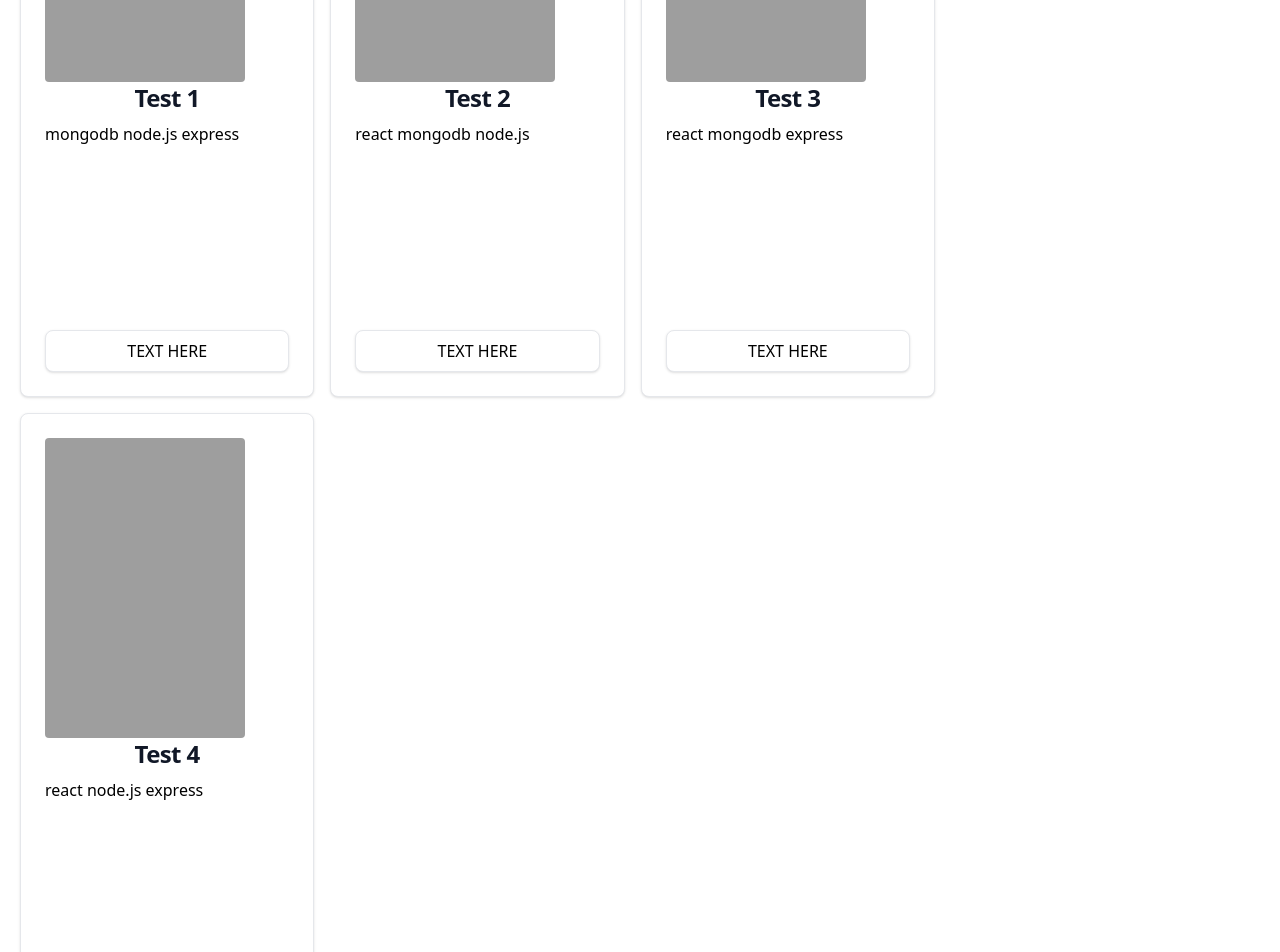
Repository: JetPi/Presentatio-Project
Page: /about/certificates
An editor plug-in stored every save of this project. The page is shown before and after the next save, followed by the edit.
The browser window is 1280 px wide. The pictures show the part of the page from y = 375 to 1327 px (the page is 1428 px tall before and 1268 px after).
Pictures or frames that could not be fetched are drawn as grey boxes. The project was rebuilt for these pictures with package versions that can differ from the ones it lists, and the page was loaded fresh each time. The framework's server and built-in components were replaced by stand-ins that run in the browser. Also part of the build but not shown: next.config.js.

Above is the page before, as saved 2023-04-02 23:01:35.

### src/pages/_app.tsx
import "@/styles/globals.css";
import type { AppProps } from "next/app";
import { NavBar } from "@/components/NavBar";

const navList = [
  { text: "Home", href: "/" },
  { text: "About Me", href: "/about/me" },
  { text: "Certificates", href: "/about/certificates" },
  { text: "Contact Info", href: "/about/socials" },
];

export default function App({ Component, pageProps }: AppProps) {
  return (
    <>
      <NavBar navList={navList} />
      <Component {...pageProps} />
    </>
  );
}

### src/pages/about/certificates.tsx
import { Card, CardTitle, CardButton } from "@/components/Card";
import CertificateList from "@/components/CertificateList";
import Image from "next/image";
import { Url } from "url";

const DUMMY_SKILL_LIST = [
  "react",
  "node.js",
  "mongoDB",
  "mongoose",
  "express",
  "css",
  "javascript",
  "python",
  "html",
];

const url: Url = {
  href: "/about/me",
  auth: null,
  hash: null,
  host: null,
  hostname: null,
  path: null,
  pathname: null,
  protocol: null,
  search: null,
  slashes: null,
  port: null,
  query: null,
};

const DUMMY_TEST = [
  {
    name: "Test 1",
    source: "Source 1",
    description: "TEXT HERE",
    image: "https://picsum.photos/200/300",
    skills: ["mongoDB", "Node.js", "Express"],
    url,
  },
  {
    name: "Test 2",
    source: "Source 2",
    description: "TEXT HERE",
    image: "https://picsum.photos/200/300",
    skills: ["react", "mongoDB", "Node.js"],
    url,
  },
  {
    name: "Test 3",
    description: "TEXT HERE",
    source: "Source 3",
    image: "https://picsum.photos/200/300",
    skills: ["react", "mongoDB", "Express"],
    url,
  },
  {
    name: "Test 4",
    source: "Source 4",
    description: "TEXT HERE",
    image: "https://picsum.photos/200/300",
    skills: ["react", "Node.js", "Express"],
    url,
  },
];

export default function Certificate() {
  return (
    <div>
      <h1 className="flex justify-center text-xl font-bold">
        Mis Certificados
      </h1>
      <CertificateList itemList={DUMMY_TEST} skillList={DUMMY_SKILL_LIST} />
    </div>
  );
}

### src/styles/globals.css
@tailwind base;
@tailwind components;
@tailwind utilities;

:root {
  --max-width: 1100px;
  --border-radius: 12px;
  --font-mono: ui-monospace, Menlo, Monaco, "Cascadia Mono", "Segoe UI Mono",
    "Roboto Mono", "Oxygen Mono", "Ubuntu Monospace", "Source Code Pro",
    "Fira Mono", "Droid Sans Mono", "Courier New", monospace;

  --foreground-rgb: 0, 0, 0;
  --background-start-rgb: 214, 219, 220;
  --background-end-rgb: 255, 255, 255;

  --primary-glow: conic-gradient(
    from 180deg at 50% 50%,
    #16abff33 0deg,
    #0885ff33 55deg,
    #54d6ff33 120deg,
    #0071ff33 160deg,
    transparent 360deg
  );
  --secondary-glow: radial-gradient(
    rgba(255, 255, 255, 1),
    rgba(255, 255, 255, 0)
  );

  --tile-start-rgb: 239, 245, 249;
  --tile-end-rgb: 228, 232, 233;
  --tile-border: conic-gradient(
    #00000080,
    #00000040,
    #00000030,
    #00000020,
    #00000010,
    #00000010,
    #00000080
  );

  --callout-rgb: 238, 240, 241;
  --callout-border-rgb: 172, 175, 176;
  --card-rgb: 180, 185, 188;
  --card-border-rgb: 131, 134, 135;
}

@media (prefers-color-scheme: dark) {
  :root {
    --foreground-rgb: 255, 255, 255;
    --background-start-rgb: 0, 0, 0;
    --background-end-rgb: 0, 0, 0;

    --primary-glow: radial-gradient(rgba(1, 65, 255, 0.4), rgba(1, 65, 255, 0));
    --secondary-glow: linear-gradient(
      to bottom right,
      rgba(1, 65, 255, 0),
      rgba(1, 65, 255, 0),
      rgba(1, 65, 255, 0.3)
    );

    --tile-start-rgb: 2, 13, 46;
    --tile-end-rgb: 2, 5, 19;
    --tile-border: conic-gradient(
      #ffffff80,
      #ffffff40,
      #ffffff30,
      #ffffff20,
      #ffffff10,
      #ffffff10,
      #ffffff80
    );

    --callout-rgb: 20, 20, 20;
    --callout-border-rgb: 108, 108, 108;
    --card-rgb: 100, 100, 100;
    --card-border-rgb: 200, 200, 200;
  }
}

* {
  box-sizing: border-box;
  padding: 0;
  margin: 0;
}

html,
body {
  max-width: 100vw;
  overflow-x: hidden;
}

body {
  color: rgb(var(--foreground-rgb));
}

a {
  color: inherit;
  text-decoration: none;
}

@media (prefers-color-scheme: dark) {
  html {
    color-scheme: dark;
  }
}

### src/components/NavBar.tsx
import Image from "next/image";
import Link from "next/link";
import { ReactNode } from "react";
type NavData = {
  href: string;
  text: string;
};

interface Props {
  children?: ReactNode | string;
  href?: string;
  navList?: Array<NavData>;
}

function NavItem({ children, href }: Props) {
  return (
    <li>
      <Link
        href={{ pathname: href }}
        className="block py-2 pl-3 pr-4 text-gray-900 rounded hover:bg-gray-100 md:hover:bg-transparent md:border-0 md:hover:text-blue-700 md:p-0 dark:text-white md:dark:hover:text-blue-500 dark:hover:bg-gray-700 dark:hover:text-white md:dark:hover:bg-transparent"
      >
        {children}
      </Link>
    </li>
  );
}

export function NavBar({ navList }: Props) {
  return (
    <nav className="bg-white border-gray-200 dark:bg-gray-900">
      <div className="flex flex-wrap items-center justify-between max-w-screen-xl p-4 mx-auto">
        <span className="self-center text-2xl font-semibold whitespace-nowrap dark:text-white">
          Ibrahim Zárraga
        </span>
        <button
          data-collapse-toggle="navbar-default"
          type="button"
          className="inline-flex items-center p-2 ml-3 text-sm text-gray-500 rounded-lg md:hidden hover:bg-gray-100 focus:outline-none focus:ring-2 focus:ring-gray-200 dark:text-gray-400 dark:hover:bg-gray-700 dark:focus:ring-gray-600"
          aria-controls="navbar-default"
          aria-expanded="false"
        >
          <span className="sr-only">Open main menu</span>
          <svg
            className="w-6 h-6"
            aria-hidden="true"
            fill="currentColor"
            viewBox="0 0 20 20"
            xmlns="http://www.w3.org/2000/svg"
          >
            <path
              fillRule="evenodd"
              d="M3 5a1 1 0 011-1h12a1 1 0 110 2H4a1 1 0 01-1-1zM3 10a1 1 0 011-1h12a1 1 0 110 2H4a1 1 0 01-1-1zM3 15a1 1 0 011-1h12a1 1 0 110 2H4a1 1 0 01-1-1z"
              clipRule="evenodd"
            ></path>
          </svg>
        </button>
        <div className="hidden w-full md:block md:w-auto" id="navbar-default">
          <ul className="flex flex-col p-4 mt-4 font-medium border border-gray-100 rounded-lg md:p-0 bg-gray-50 md:flex-row md:space-x-8 md:mt-0 md:border-0 md:bg-white dark:bg-gray-800 md:dark:bg-gray-900 dark:border-gray-700">
            {navList?.map((item) => {
              return (
                <NavItem href={item.href} key={Math.random()}>
                  {item.text}
                </NavItem>
              );
            })}
          </ul>
        </div>
      </div>
    </nav>
  );
}

### src/components/CertificateList.tsx
import React, { MouseEventHandler, useEffect, useState } from "react";
import { Url } from "url";
import { Card, CardButton, CardTitle } from "./Card";
import Image from "next/image";

interface Props {
  itemList: Array<{
    name: string;
    image: string;
    description: string;
    skills: Array<string>;
    url: Url;
  }>;
  skillList: Array<string>;
}

interface buttonProps {
  skill: string;
  onClickHandler: MouseEventHandler;
}

function CertificateButton({ skill, onClickHandler }: buttonProps) {
  return (
    <button
      className="px-2 py-1 m-1 font-semibold bg-green-200 border-green-800 rounded"
      onClick={onClickHandler}
    >
      {skill}
    </button>
  );
}

export default function CertificateList({ itemList, skillList }: Props) {
  const initialList = itemList.map((item) => {
    return {
      ...item,
      skills: item.skills.map((skill) => {
        return skill.toLowerCase();
      }),
    };
  });
  const [list, setList] = useState(initialList);

  function skillRemover(skill: string) {
    let tempList = initialList.filter((item) => {
      return item.skills.includes(skill);
    });
    setList(tempList);
  }

  return (
    <div className="flex flex-row">
      <div className="grid w-3/4 grid-cols-3 gap-4 mx-5 mt-10">
        {list?.map((item) => {
          return (
            <Card key={item.name} styling="flex flex-col">
              <Image
                className="flex justify-center rounded w-fit"
                src={item.image}
                width={150}
                height={150}
                alt={item.name}
              />
              <CardTitle>{item.name}</CardTitle>
              <div className="w-full h-52">
                {item.skills.map((skill) => {
                  return skill + " ";
                })}
              </div>
              <CardButton href={item.url} styling="w-full">
                {item.description}
              </CardButton>
            </Card>
          );
        })}
      </div>
      <div className="w-1/4 mt-10 ml-5">
        <ul className="flex flex-row flex-wrap">
          <CertificateButton
            skill={"all"}
            onClickHandler={() => setList(initialList)}
          />
          {skillList?.map((item) => {
            return (
              <li key={item}>
                <CertificateButton
                  skill={item}
                  onClickHandler={() => {
                    skillRemover(item);
                  }}
                />
              </li>
            );
          })}
        </ul>
      </div>
    </div>
  );
}

### src/components/Card.tsx
import { redirect } from "next/dist/server/api-utils";
import Link from "next/link";
import { useRouter } from "next/router";
import { Url } from "url";
import React, { MouseEventHandler, ReactNode, useState } from "react";
interface Props {
  children?: ReactNode;
  styling?: string;
  href?: string;
}

interface ButtonProps {
  children?: ReactNode;
  styling?: string;
  href: Url;
}

export function Card({ styling, children }: Props) {
  return (
    <div
      className={`${
        styling ? styling : "flex justify-stretch"
      } p-6 bg-white border border-gray-200 rounded-lg shadow hover:bg-gray-100 dark:bg-gray-800 dark:border-gray-700 dark:hover:bg-gray-700`}
    >
      {children}
      <p className="font-normal text-gray-700 dark:text-gray-400"></p>
    </div>
  );
}

export function CardButton({ href, styling, children }: ButtonProps) {
  return (
    <Link
      className={`${
        styling ? styling : "w-32  "
      } p-2 text-center bg-white border border-gray-200 rounded-lg shadow hover:bg-gray-100 dark:bg-gray-800 dark:border-gray-700 dark:hover:bg-gray-700`}
      href={href.href}
    >
      {children}
    </Link>
  );
}

export function CardTitle({ children }: Props) {
  return (
    <h5 className="mb-2 text-2xl font-bold tracking-tight text-center text-gray-900 dark:text-white">
      {children}
    </h5>
  );
}

Loaded but not shown: src/pages/_document.tsx (common file); tailwind.config.js (common file)

After the next save:
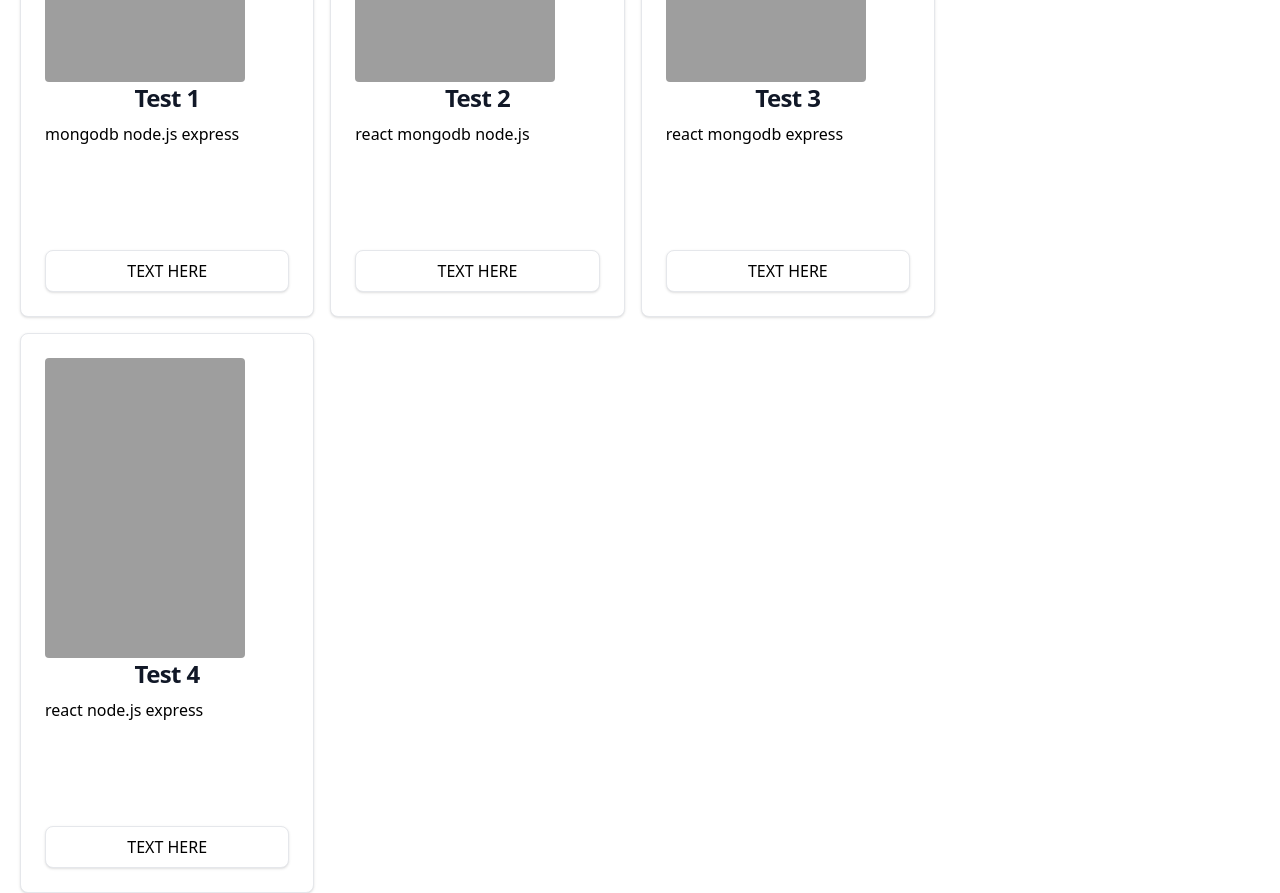
Saved 10 s later.
--- a/src/components/CertificateList.tsx
+++ b/src/components/CertificateList.tsx
@@ -62,7 +62,7 @@ export default function CertificateList({ itemList, skillList }: Props) {
                 alt={item.name}
               />
               <CardTitle>{item.name}</CardTitle>
-              <div className="w-full h-52">
+              <div className="w-full h-32">
                 {item.skills.map((skill) => {
                   return skill + " ";
                 })}
